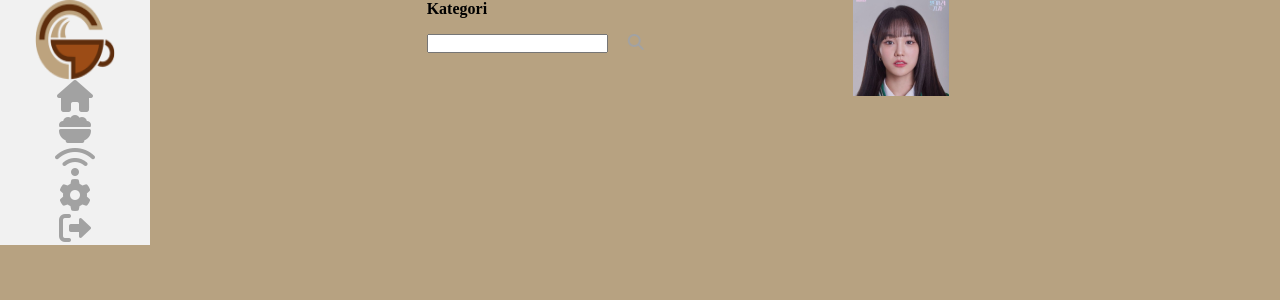
Repository: DanielChuaaa/sbd2
Page: index.html
The author's editor kept a copy of each file at every save. The page is drawn from the files as they stood at one save, then again after the next save.
The browser window is 1280 px wide. The pictures show the whole page.
Some web libraries are served in a nearby version.

Above is the page before, as saved 2023-10-20 10:10:44.

### index.html
<!DOCTYPE html>
<html lang="en">
<head>
    <meta charset="UTF-8">
    <meta name="viewport" content="width=device-width, initial-scale=1.0">
    <title>Document</title>
    <link href="https://fonts.googleapis.com/css2?family=Roboto+Mono:wght@400;600;700&display=swap" rel="stylesheet" />
    <link
      rel="stylesheet"
      href="https://cdnjs.cloudflare.com/ajax/libs/font-awesome/6.1.2/css/all.min.css"
      integrity="sha512-1sCRPdkRXhBV2PBLUdRb4tMg1w2YPf37qatUFeS7zlBy7jJI8Lf4VHwWfZZfpXtYSLy85pkm9GaYVYMfw5BC1A=="
      crossorigin="anonymous"
      referrerpolicy="no-referrer"
    />
    <link rel="stylesheet" href="style.css">
</head>
<body>
    <div class="container">
        <div class="grid-wrapper">
            <div class="icon">
                <img src="/assets/logo projek SBD 1.png" width="80px" height="80px" alt="logo">
                <a href="#"><i class="fa-solid fa-house fa-2xl"></i></a>
                <a href="#"><i class="fa-solid fa-bowl-food fa-2xl"></i></a>
                <a href="#"><i class="fa-solid fa-wifi fa-2xl"></i></a>
                <a href="#"><i class="fa-solid fa-gear fa-2xl"></i></a>
                <a href="#"><i class="fa-solid fa-right-from-bracket fa-2xl"></i></a>
            </div>

            <div class="content">
                <div class="nav">
                    <h4>Kategori</h4>
                    <input type="text" name="text" id="text">
                    <i class="fa-solid fa-magnifying-glass"></i>
                </div>

                <div class="menu"></div>
            </div>

            <div class="order">
                <img src="/assets/g_8___8_idola_cantik_berbakat_alumni_sm_entertainment_yang_sudah_debut_di_girlgroup_agensi_lain_p_eks_sm_trainee-20220408-001-non_fotografer_kly 1.png" alt="">
            </div>
        </div>
    </div>
</body>
</html>

### style.css
:root{
    --clr-primary-100: #B7A281;

    --clr-neutral-100: #A2A2A2;
    --clr-neutral-200: #D9D9D9;
    --clr-neutral-300: #F8F8F8;
    --clr-neutral-400: #f1f1f1;

    --ff: "Roboto Mono", monospace;

    --fw-regular: 400;
    --fw-semi-bold: 600;
    --fw-bold: 700;
}

*{
    box-sizing: border-box;
    margin: 0;
    padding: 0;
}

body{
    background-color: #B7A281;
}

.grid-wrapper{
    display: grid;
    grid-template-columns: 1fr 1fr 1fr;
}

.icon{
    background: var(--clr-neutral-400);

    display: flex;
    flex-direction: column;
    justify-content: space-evenly;
    align-items: center;
    max-width: 150px;
}

.fa-solid{
    color: var(--clr-neutral-100);
    padding: 1rem;
}

After the next save:
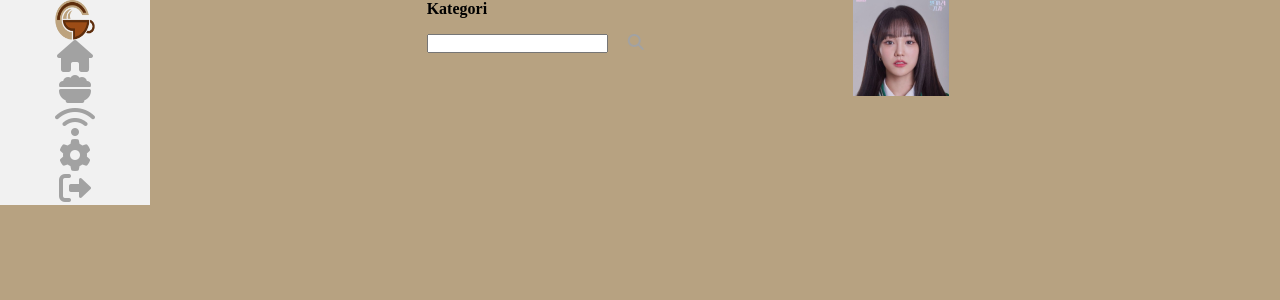
Saved 12 s later.
--- a/index.html
+++ b/index.html
@@ -18,7 +18,7 @@
     <div class="container">
         <div class="grid-wrapper">
             <div class="icon">
-                <img src="/assets/logo projek SBD 1.png" width="80px" height="80px" alt="logo">
+                <img src="/assets/logo projek SBD 1.png" width="40px" height="40px" alt="logo">
                 <a href="#"><i class="fa-solid fa-house fa-2xl"></i></a>
                 <a href="#"><i class="fa-solid fa-bowl-food fa-2xl"></i></a>
                 <a href="#"><i class="fa-solid fa-wifi fa-2xl"></i></a>
